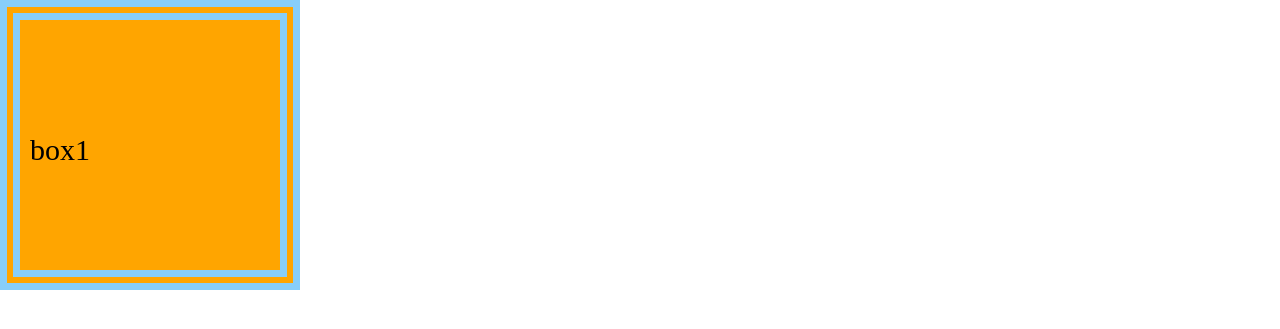
Repository: gwonjunsu95/html5
Page: html5/WebContent/day0203.html
An editor plug-in stored every save of this project. The page is shown before and after a run of saves, followed by the edit.
The browser window is 1280 px wide. The pictures show the whole page.

Above is the page before, as saved 2020-04-17 05:15:33.

After the next 2 saves:
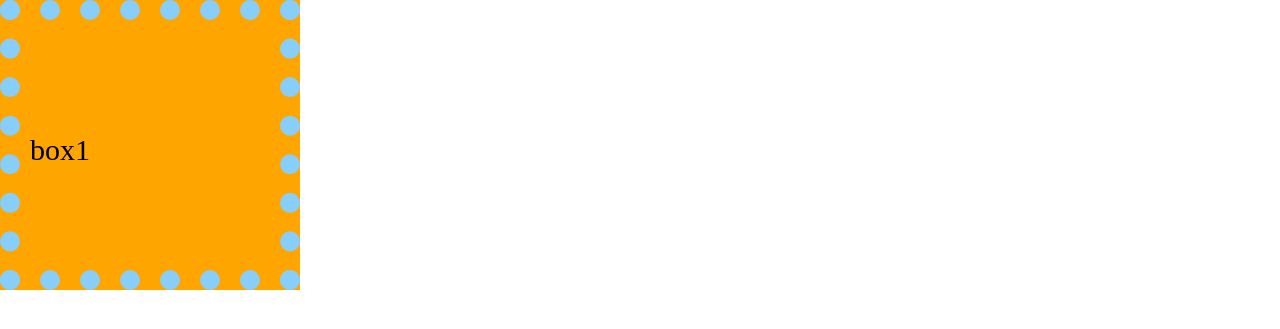
The 2 saves are shown as one change because they came seconds apart.
The last was saved 16 s later.
--- a/html5/WebContent/day0203.html
+++ b/html5/WebContent/day0203.html
@@ -62,7 +62,7 @@
 	inset:
 	outset:
 	*/
-		border-style: double
+		border-style: dotted;
 		}
 
 	#box2, #box3{
